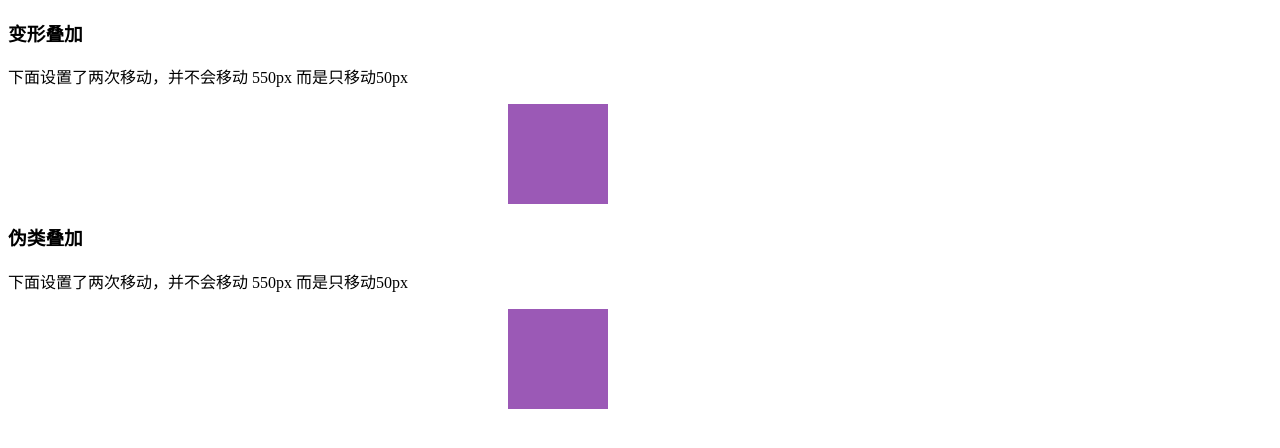
Repository: Aissd/animateDemo
Page: translate.html
The author's editor kept a copy of each file at every save. The page is drawn from the files as they stood at one save, then again after the next save.
The browser window is 1280 px wide. The pictures show the whole page.

Above is the page before, as saved 2020-05-11 21:36:50.

After the next save:
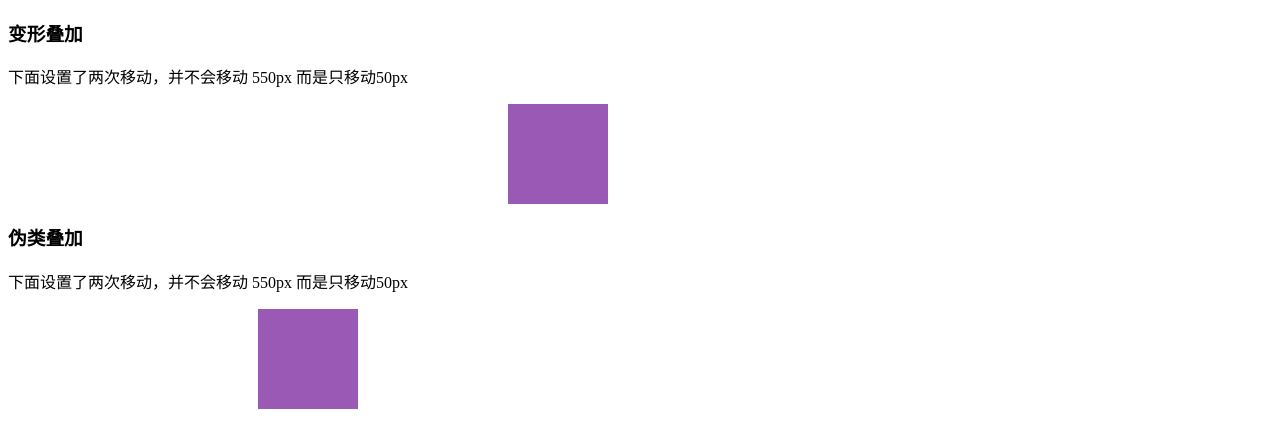
Saved 8 s later.
--- a/translate.html
+++ b/translate.html
@@ -17,7 +17,7 @@
         <section class="demo-section">
             <h3>伪类叠加</h3>
             <p>下面设置了两次移动，并不会移动 550px 而是只移动50px</p>
-            <div class="demo01"></div>
+            <div class="demo02"></div>
         </section>
     </div>
 </body>
